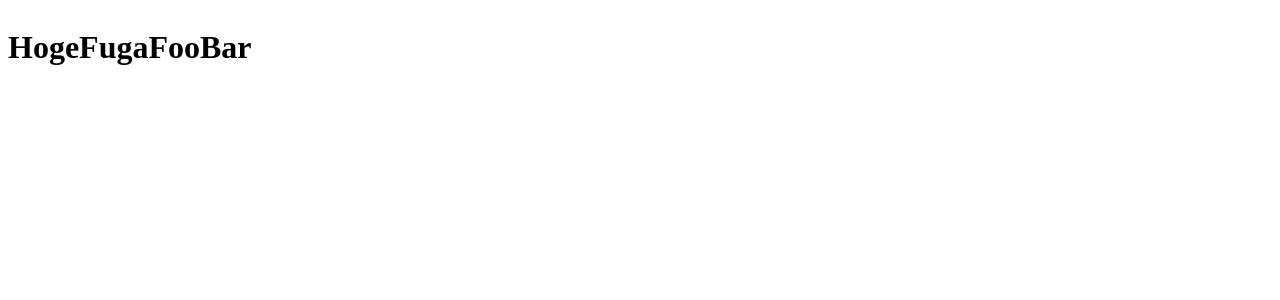
Repository: slowmoter1/samurai_HTML-CSS
Page: Test1/hoge.html
The author's editor kept a record of every edit. The page is drawn from the files as they stood at one moment, then again after the next edit.
The browser window is 1280 px wide. The pictures show the whole page.

Above is the page before.

After the next edit:
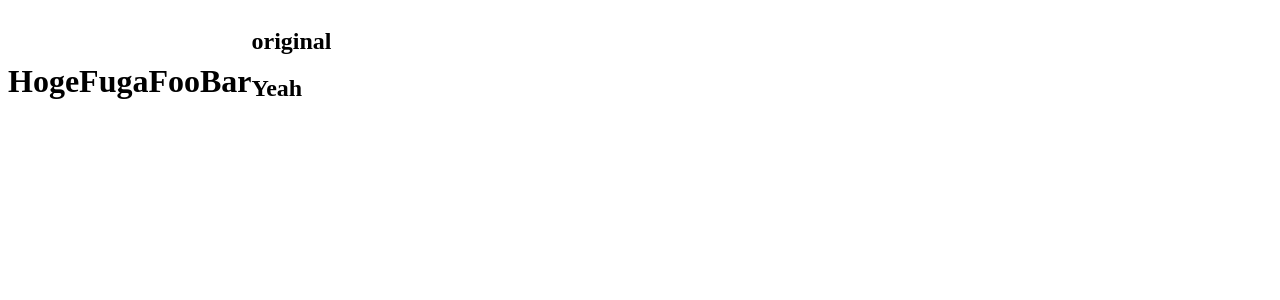
The edit:
--- a/Test1/hoge.html
+++ b/Test1/hoge.html
@@ -13,6 +13,10 @@
             <h1>Fuga</h1>
             <h1>Foo</h1>
             <h1>Bar</h1>
+
+        <div id="flex-start">
+            <h2>original</h2>
+            <h2>Yeah</h2>
         </div>
     </body>
 </html>
